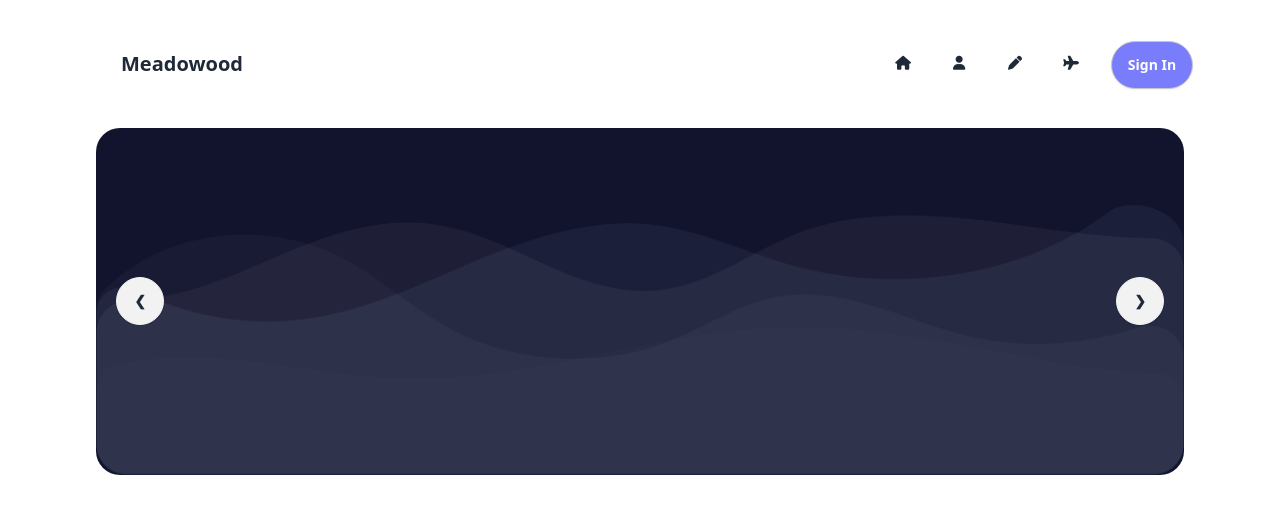
Repository: RudrasahaDibos/Meadowood-Forum
Page: index.html
The author's editor kept a copy of each file at every save. The page is drawn from the files as they stood at one save, then again after a run of saves.
The browser window is 1280 px wide. The pictures show the whole page.
Some web libraries are served in a nearby version.

Above is the page before, as saved 2024-11-24 11:54:00.

### index.html
<!DOCTYPE html>
<html lang="en">
    <head>
        <meta charset="UTF-8">
        <meta name="viewport" content="width=device-width, initial-scale=1.0">
        <title>Meadowood Forum</title>

        <!-- tailwind  -->
        <link
            href="https://cdn.jsdelivr.net/npm/daisyui@4.12.14/dist/full.min.css"
            rel="stylesheet" type="text/css" />
        <script src="https://cdn.tailwindcss.com"></script>

        <!-- font awesome  -->
        <link rel="stylesheet"
            href="https://cdnjs.cloudflare.com/ajax/libs/font-awesome/6.7.1/css/all.min.css"
            integrity="sha512-5Hs3dF2AEPkpNAR7UiOHba+lRSJNeM2ECkwxUIxC1Q/FLycGTbNapWXB4tP889k5T5Ju8fs4b1P5z/iB4nMfSQ=="
            crossorigin="anonymous" referrerpolicy="no-referrer" />

    </head>
    <body class="container mx-auto lg:px-24 px-8">
        <!-- header is start here  -->
        <header class="mt-8">
            <!-- navbar is start here  -->
            <div class="navbar bg-base-100">
                <div class="flex-1">
                    <a class="btn btn-ghost text-xl">Meadowood</a>
                </div>
                <div class="flex-none">
                    <div class="dropdown dropdown-end mr-6">
                        <div  role="button"
                            class="btn btn-ghost btn-circle flex w-full  ">
                            <div class="indicator rounded-full border-1 h-8 w-8 mr-4 tooltip" data-tip="home">
                                <i class="fa-solid fa-house h-5 w-5 mx-auto mt-2"></i>
                            </div>
                            <div class="indicator rounded-full border-1 h-8 w-8 mr-4 tooltip" data-tip="User">
                                <i class="fa-solid fa-user h-5 w-5 mx-auto mt-2"></i>
                            </div>
                            <div class="indicator rounded-full border-1 h-8 w-8 mr-4 tooltip" data-tip="pen">
                                <i class="fa-solid fa-pen h-5 w-5 mx-auto mt-2"></i>
                            </div>
                            <div class="indicator rounded-full border-1 h-8 w-8 mr-4 tooltip" data-tip="flight">
                                <i class="fa-solid fa-plane h-5 w-5 mx-auto mt-2"></i>
                            </div>
                        </div>

                    </div>
                    <div class="dropdown dropdown-end">
                        <div tabindex="0" role="button"
                            class="btn btn-ghost btn-circle avatar">

                                <button class="btn btn-active bg-[#797DFC] text-white rounded-full ">Sign In</button>

                        </div>
                        <ul
                            tabindex="0"
                            class="menu menu-sm dropdown-content bg-base-100 rounded-box z-[1] mt-3 w-52 p-2 shadow">
                            <li>
                                <a class="justify-between">
                                    Profile
                                    <span class="badge">New</span>
                                </a>
                            </li>
                            <li><a>Settings</a></li>
                            <li><a>Logout</a></li>
                        </ul>
                    </div>
                </div>
            </div>
            <!-- navbar is  end here  -->

             <!-- bannner start here  -->
             <div class="carousel w-full mt-8">

                <div id="slide1" class="carousel-item relative w-full">
                    <img
                      src="images/bgbanner.png"
                      class="lg:w-full lg:h-full h-96  bg-[#12132D] rounded-3xl" />
                    <div class="absolute left-5 right-5 top-1/2 flex -translate-y-1/2 transform justify-between">
                      <a href="#slide4" class="btn btn-circle">❮</a>
                      <a href="#slide2" class="btn btn-circle">❯</a>
                    </div>
                  </div>

             </div>
             <!-- bannner end here  -->

        </header>
        <!-- header is end here  -->

        <!-- main is start here  -->
        <main>

        </main>
        <!-- main is end here  -->

        <!-- footer is start here  -->

        <!-- footer is end here  -->
    </body>
</html>

After the next 2 saves:
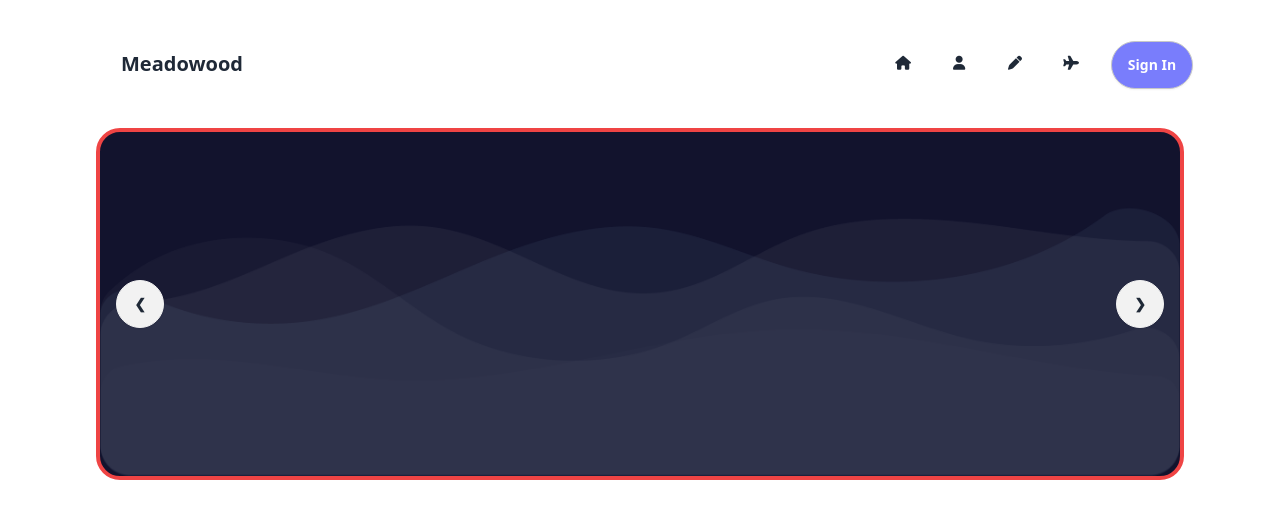
The 2 saves are shown as one change because they came seconds apart.
The last was saved 22 s later.
--- a/index.html
+++ b/index.html
@@ -75,7 +75,7 @@
                 <div id="slide1" class="carousel-item relative w-full">
                     <img
                       src="images/bgbanner.png"
-                      class="lg:w-full lg:h-full h-96  bg-[#12132D] rounded-3xl" />
+                      class="lg:w-full lg:h-full h-96 border-4 border-red-500 bg-[#12132D] rounded-3xl" />
                     <div class="absolute left-5 right-5 top-1/2 flex -translate-y-1/2 transform justify-between">
                       <a href="#slide4" class="btn btn-circle">❮</a>
                       <a href="#slide2" class="btn btn-circle">❯</a>
